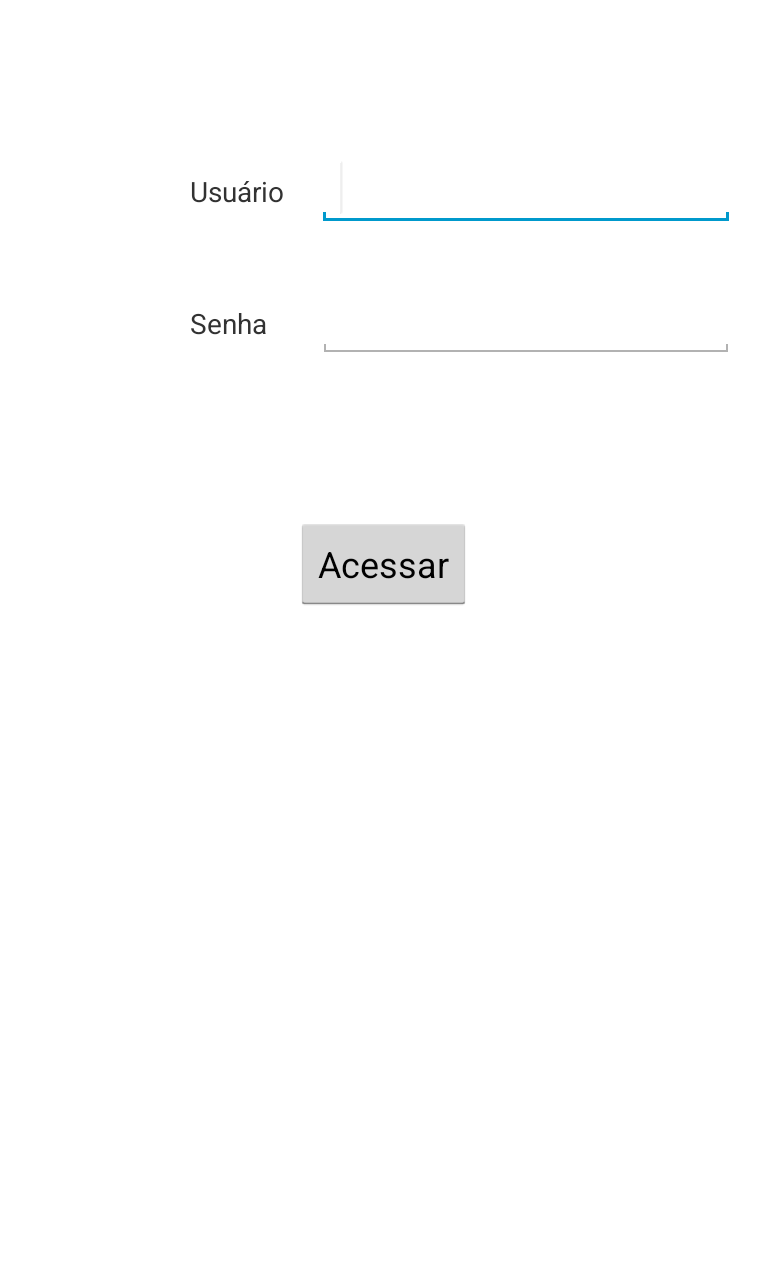
Repository: lmqs/ProjetoAndroid
Layout: QuestoesConcursos/res/layout/activity_login.xml
The author's editor kept a copy of each file at every save. The layout is drawn from the files as they stood at one save, then again after the next save.
It is drawn on a 768 x 1280 px phone screen (xhdpi) without system bars, with theme AppTheme; the app's code is not run.

Above is the layout before, as saved 2014-04-26 20:03:32.

### QuestoesConcursos/res/layout/activity_login.xml
<RelativeLayout xmlns:android="http://schemas.android.com/apk/res/android"
    xmlns:tools="http://schemas.android.com/tools"
    android:layout_width="match_parent"
    android:layout_height="match_parent"
    android:paddingBottom="@dimen/activity_vertical_margin"
    android:paddingLeft="@dimen/activity_horizontal_margin"
    android:paddingRight="@dimen/activity_horizontal_margin"
    android:paddingTop="@dimen/activity_vertical_margin"
    tools:context=".Login"
>

    <EditText
        android:id="@+id/txtNomeUsuario"
        android:layout_width="wrap_content"
        android:layout_height="wrap_content"
        android:layout_alignBaseline="@+id/textView1"
        android:layout_alignBottom="@+id/textView1"
        android:layout_alignParentRight="true"
        android:ems="10"
        android:inputType="text|number" >

        <requestFocus />
    </EditText>

    <TextView
        android:id="@+id/textView1"
        android:layout_width="wrap_content"
        android:layout_height="wrap_content"
        android:layout_alignParentTop="true"
        android:layout_marginRight="16dp"
        android:layout_marginTop="70dp"
        android:layout_toLeftOf="@+id/txtNomeUsuario"
        android:text="@string/lblnome" />

    <TextView
        android:id="@+id/textView2"
        android:layout_width="wrap_content"
        android:layout_height="wrap_content"
        android:layout_alignLeft="@+id/textView1"
        android:layout_below="@+id/txtNomeUsuario"
        android:layout_marginTop="38dp"
        android:text="@string/lblSenha" />

    <EditText
        android:id="@+id/editText1"
        android:layout_width="wrap_content"
        android:layout_height="wrap_content"
        android:layout_alignBaseline="@+id/textView2"
        android:layout_alignBottom="@+id/textView2"
        android:layout_toRightOf="@+id/textView1"
        android:ems="10"
        android:inputType="text|number" />

    <Button
        android:id="@+id/btnLogar"
        android:layout_width="wrap_content"
        android:layout_height="wrap_content"
        android:layout_below="@+id/editText1"
        android:layout_centerHorizontal="true"
        android:layout_marginTop="78dp"
        android:onClick="validaAcesso"
        android:text="@string/btnLogar" />

</RelativeLayout>

### QuestoesConcursos/res/values/strings.xml
<?xml version="1.0" encoding="utf-8"?>
<resources>

    <string name="app_name">QuestoesConcursos</string>
    <string name="action_settings">Settings</string>
    <string name="hello_world">Hello world!</string>
    <string name="lblnome">Usuário</string>
    <string name="lblSenha">Senha</string>
    <string name="btnLogar">Acessar</string>
    <string name="lblNome">Nome:</string>

</resources>

Loaded but not shown: QuestoesConcursos/res/values/styles.xml (common file); QuestoesConcursos/res/values-v11/styles.xml (common file); QuestoesConcursos/res/values-v14/styles.xml (common file); QuestoesConcursos/res/values/dimens.xml (common file)

After the next save:
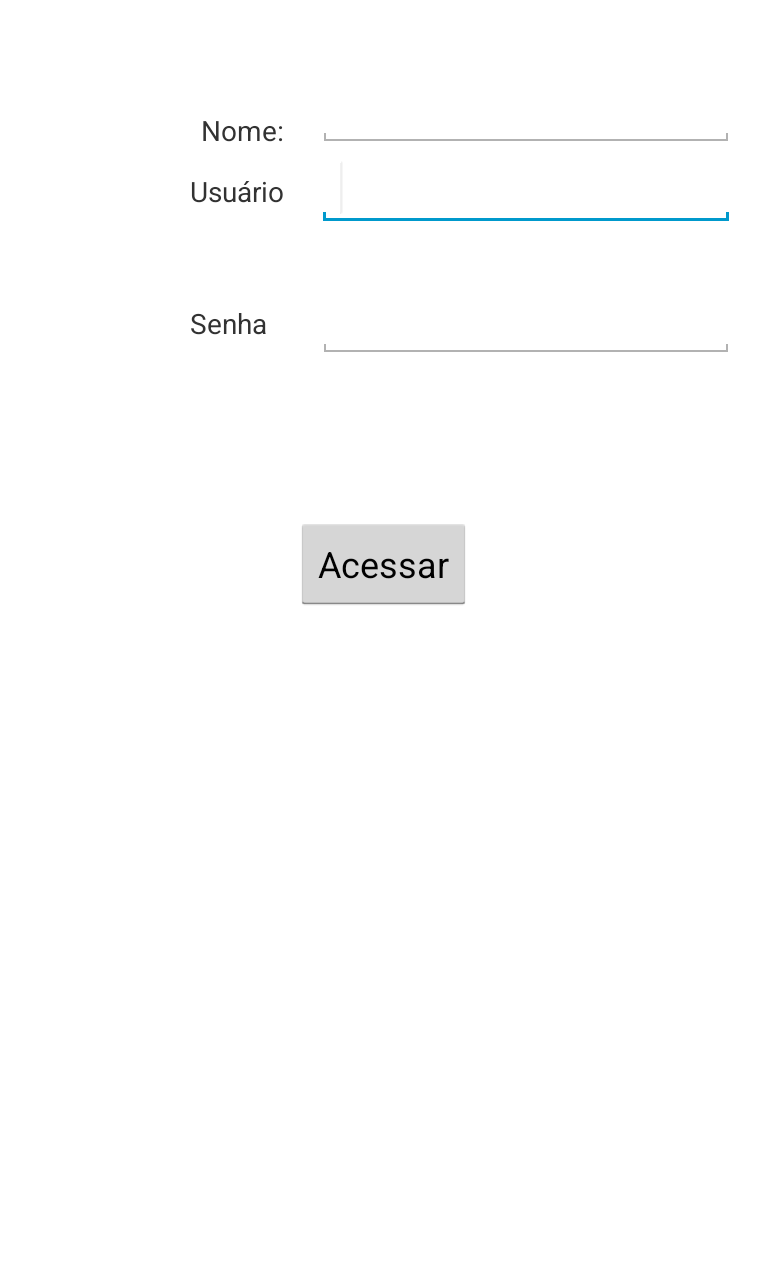
Saved 47 s later.
--- a/QuestoesConcursos/res/layout/activity_login.xml
+++ b/QuestoesConcursos/res/layout/activity_login.xml
@@ -10,7 +10,7 @@
 >
 
     <EditText
-        android:id="@+id/txtNomeUsuario"
+        android:id="@+id/txtUsername"
         android:layout_width="wrap_content"
         android:layout_height="wrap_content"
         android:layout_alignBaseline="@+id/textView1"
@@ -29,7 +29,7 @@
         android:layout_alignParentTop="true"
         android:layout_marginRight="16dp"
         android:layout_marginTop="70dp"
-        android:layout_toLeftOf="@+id/txtNomeUsuario"
+        android:layout_toLeftOf="@+id/txtUsername"
         android:text="@string/lblnome" />
 
     <TextView
@@ -37,7 +37,7 @@
         android:layout_width="wrap_content"
         android:layout_height="wrap_content"
         android:layout_alignLeft="@+id/textView1"
-        android:layout_below="@+id/txtNomeUsuario"
+        android:layout_below="@+id/txtUsername"
         android:layout_marginTop="38dp"
         android:text="@string/lblSenha" />
 
@@ -61,4 +61,20 @@
         android:onClick="validaAcesso"
         android:text="@string/btnLogar" />
 
+    <TextView
+        android:id="@+id/textView3"
+        android:layout_width="wrap_content"
+        android:layout_height="wrap_content"
+        android:layout_above="@+id/txtUsername"
+        android:layout_alignRight="@+id/textView1"
+        android:text="@string/lblNome" />
+
+    <EditText
+        android:id="@+id/txtNome"
+        android:layout_width="wrap_content"
+        android:layout_height="wrap_content"
+        android:layout_alignBottom="@+id/textView3"
+        android:layout_alignLeft="@+id/txtUsername"
+        android:ems="10" />
+
 </RelativeLayout>
